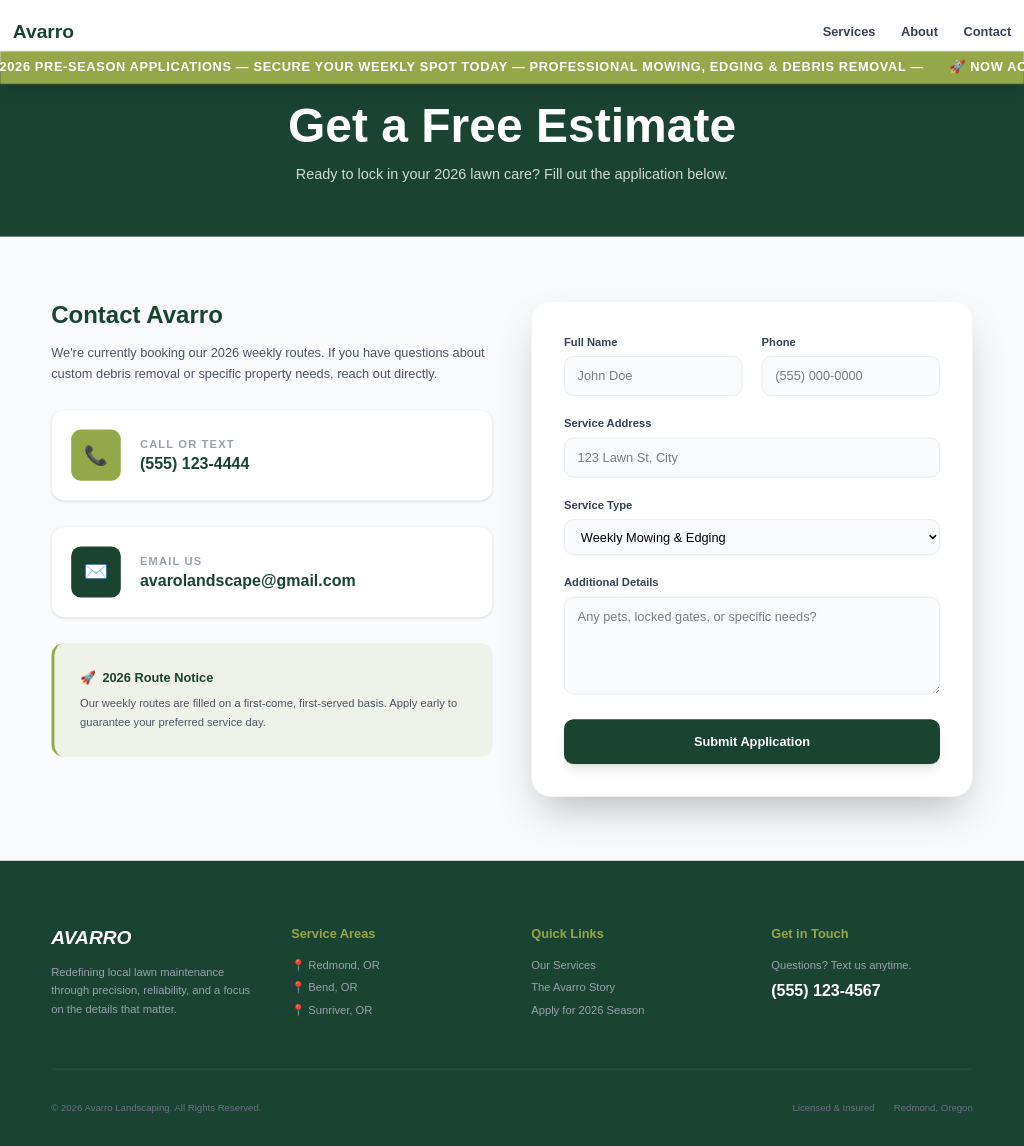
Repository: KalebMalone/Avarro
Page: /contact
An editor plug-in stored every save of this project. The page is shown before and after the next save, followed by the edit.
The browser window is 1280 px wide. The pictures show the whole page, at 80% of full size.
The project was rebuilt for these pictures with package versions that can differ from the ones it lists, and the page was loaded fresh each time. Also part of the build but not shown: vite.config.js, src/components/Hero.jsx, src/components/Services.jsx, src/pages/Home.jsx, src/pages/About.jsx.

Above is the page before, as saved 2026-01-28 18:09:01.

After the next save:
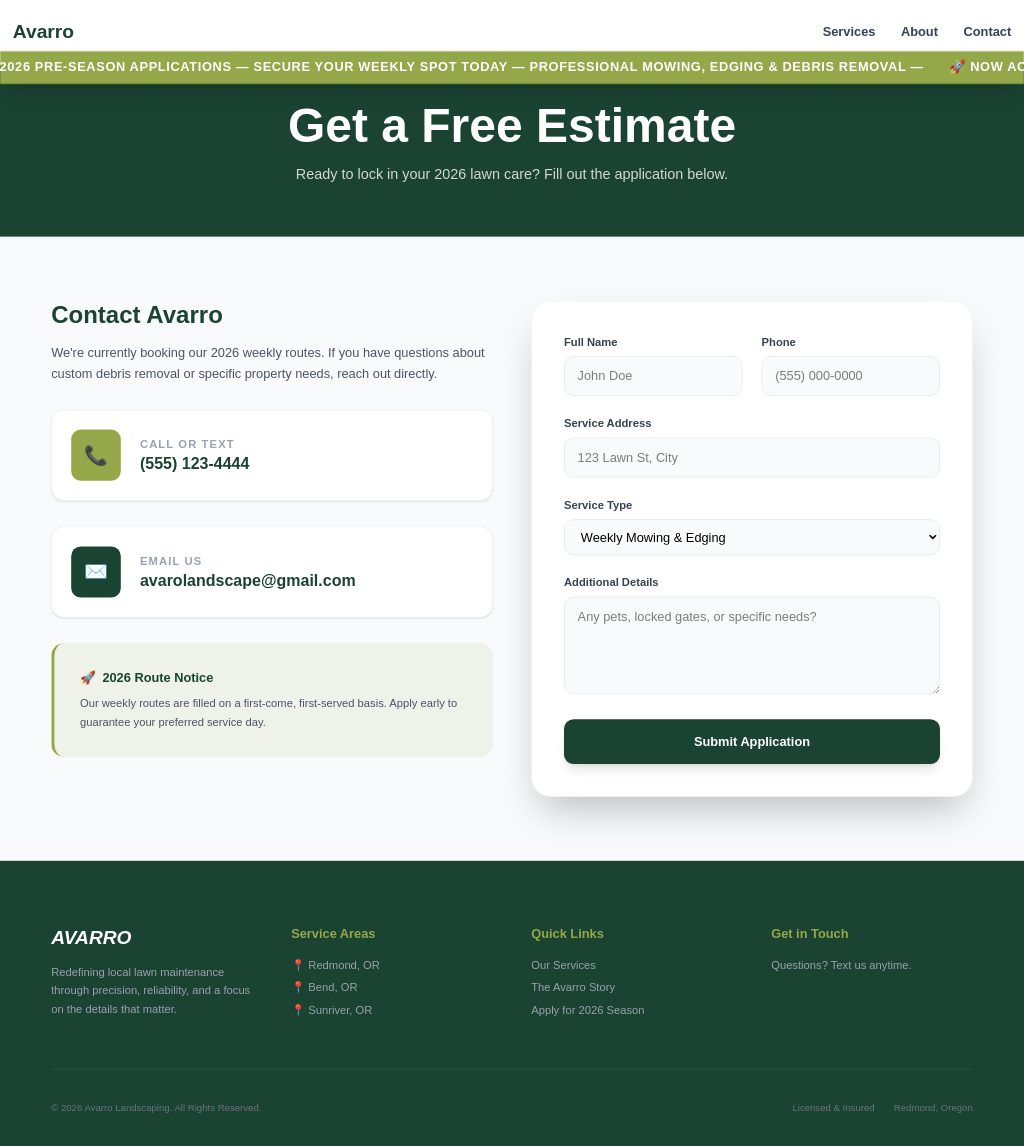
Saved 53 s later.
--- a/src/components/Footer.jsx
+++ b/src/components/Footer.jsx
@@ -35,7 +35,7 @@
                 <div>
                     <h4 className="font-bold mb-4 text-[#94a84a]">Get in Touch</h4>
                     <p className="text-gray-400 text-sm mb-2">Questions? Text us anytime.</p>
-                    <p className="text-xl font-bold">(555) 123-4567</p>
+                    <p className="text-xl font-bold"></p>
                 </div>
             </div>
             <div className="max-w-6xl mx-auto pt-10 flex flex-col md:flex-row justify-between items-center text-gray-500 text-xs">

After the save that followed:
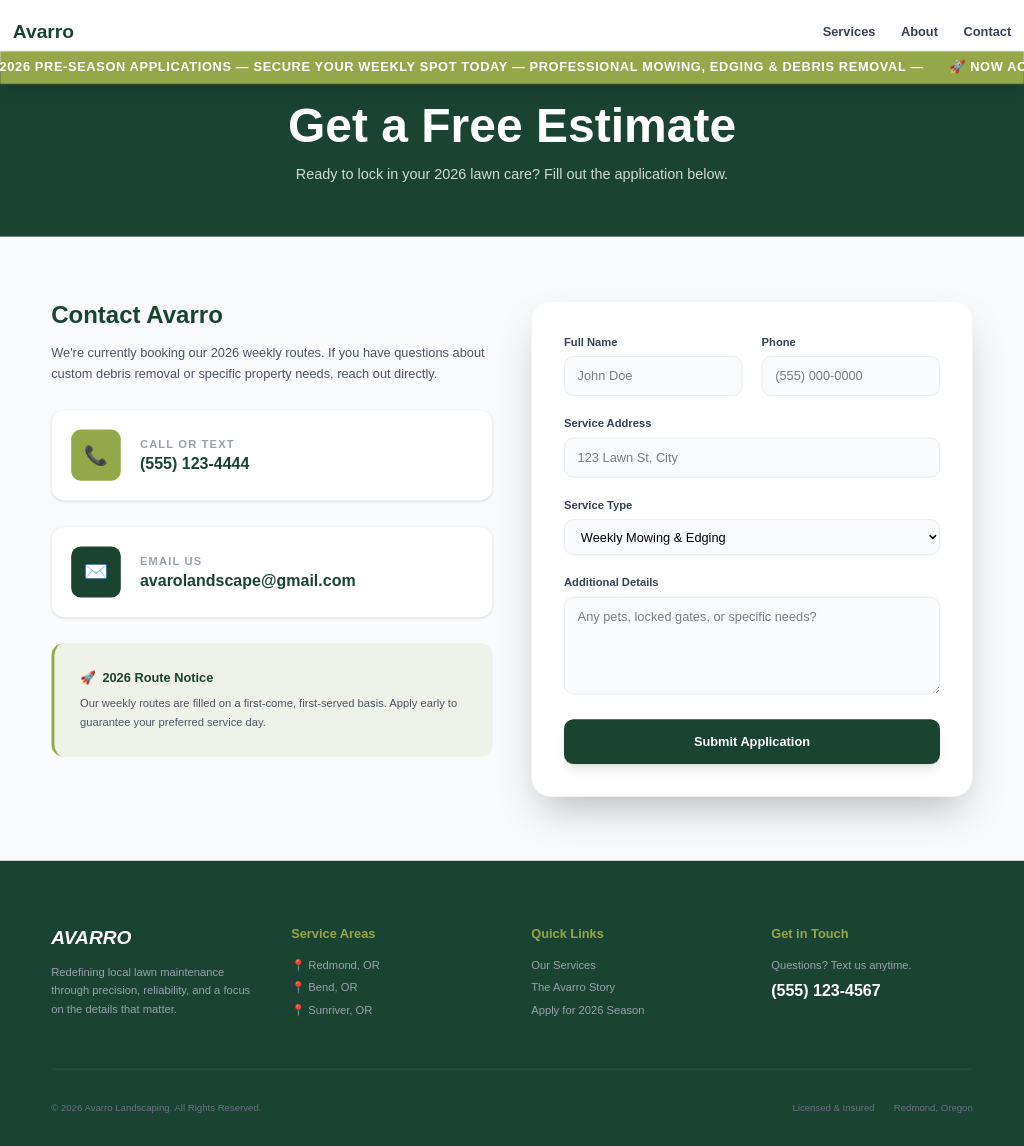
Saved 7 s later.
--- a/src/components/Footer.jsx
+++ b/src/components/Footer.jsx
@@ -35,7 +35,7 @@
                 <div>
                     <h4 className="font-bold mb-4 text-[#94a84a]">Get in Touch</h4>
                     <p className="text-gray-400 text-sm mb-2">Questions? Text us anytime.</p>
-                    <p className="text-xl font-bold"></p>
+                    <p className="text-xl font-bold">(555) 123-4567</p>
                 </div>
             </div>
             <div className="max-w-6xl mx-auto pt-10 flex flex-col md:flex-row justify-between items-center text-gray-500 text-xs">
